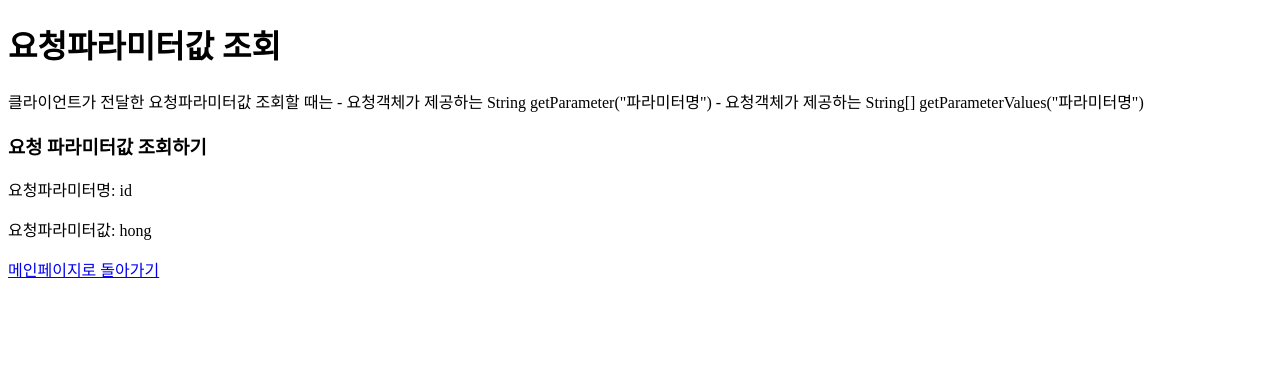
Repository: onuo77/ja_HTA
Page: http://localhost/sample/req/demo3-1.jsp?id=hong
An editor plug-in stored every save of this project. The page is shown before and after the next save, followed by the edit.
The browser window is 1280 px wide. The pictures show the whole page.
The page is served by Tomcat 9.

Above is the page before, as saved 2021-05-20 02:49:03.

After the next save:
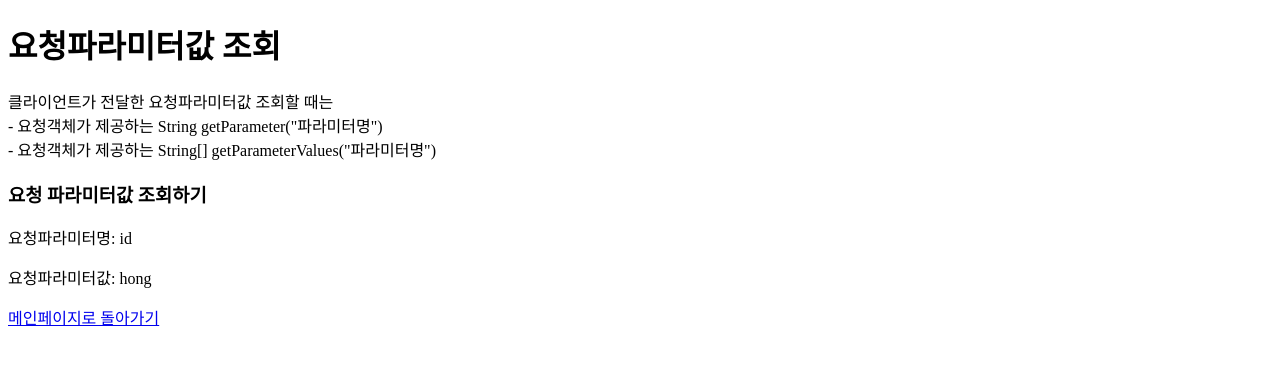
Saved 13 s later.
--- a/java-web/sample/src/main/webapp/req/demo3-1.jsp
+++ b/java-web/sample/src/main/webapp/req/demo3-1.jsp
@@ -9,9 +9,9 @@
 <body>
 	<h1>요청파라미터값 조회</h1>
 	<p>
-		클라이언트가 전달한 요청파라미터값 조회할 때는
-			- 요청객체가 제공하는 String getParameter("파라미터명")
-			- 요청객체가 제공하는 String[] getParameterValues("파라미터명")
+		클라이언트가 전달한 요청파라미터값 조회할 때는<br/>
+			- 요청객체가 제공하는 String getParameter("파라미터명")<br/>
+			- 요청객체가 제공하는 String[] getParameterValues("파라미터명")<br/>
 	</p>
 
 	<h3>요청 파라미터값 조회하기</h3>
